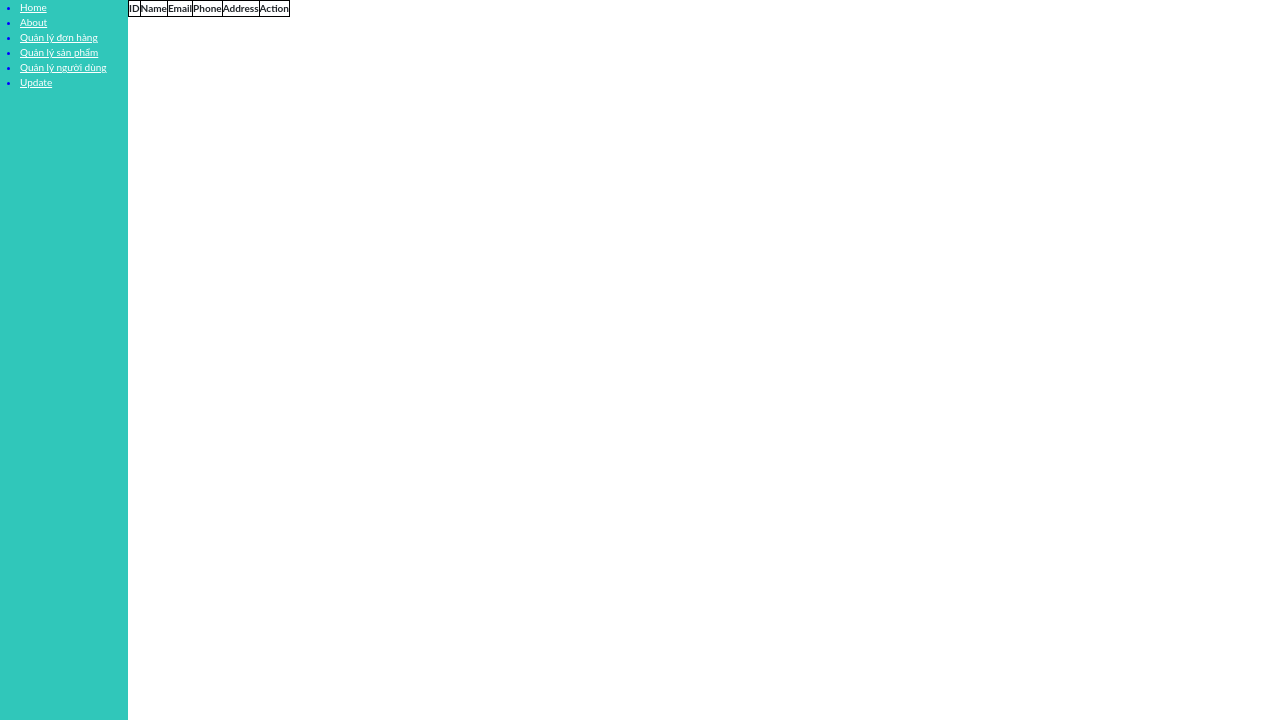
Repository: Hothidani/React
Page: /User (app in exa/my-react-router-A/)
These files come from the project's save history. The page is drawn as it stood at one moment and after the next save; the edit follows.
The browser window is 1280 px wide. The pictures show the whole page.
The page's requests for data from a server got no answer. The project was rebuilt for these pictures with package versions that can differ from the ones it lists, and the page was loaded fresh each time. No one was signed in, and anything a server would have sent is missing. Also part of the build but not shown: exa/my-react-router-A/src/component/Navigation.js, exa/my-react-router-A/src/component/Home.js, exa/my-react-router-A/src/component/About.js, exa/my-react-router-A/src/component/Service.js, exa/my-react-router-A/src/component/Contact.js, exa/my-react-router-A/src/component/AllProduct.js, exa/my-react-router-A/src/component/Add.js, exa/my-react-router-A/src/component/QlOder.js.

Above is the page before, as saved 2021-05-11 17:04:56.

### exa/my-react-router-A/public/index.html
<!DOCTYPE html>
<html lang="en">
  <head>
    <meta charset="utf-8" />
    <link rel="icon" href="%PUBLIC_URL%/favicon.ico" />
    <meta name="viewport" content="width=device-width, initial-scale=1" />
    <meta name="theme-color" content="#000000" />

    <meta
      name="description"
      content="Web site created using create-react-app"
    />
    <link rel="apple-touch-icon" href="%PUBLIC_URL%/logo192.png" />
    <!--
      manifest.json provides metadata used when your web app is installed on a
      user's mobile device or desktop. See https://developers.google.com/web/fundamentals/web-app-manifest/
    -->
    <link rel="manifest" href="%PUBLIC_URL%/manifest.json" />
    <link href="%PUBLIC_URL%/../../src/index.css">
    <link rel="stylesheet" href="https://maxcdn.bootstrapcdn.com/bootstrap/3.4.1/css/bootstrap.min.css">
    <script src="https://ajax.googleapis.com/ajax/libs/jquery/3.5.1/jquery.min.js"></script>
    <script src="https://maxcdn.bootstrapcdn.com/bootstrap/3.4.1/js/bootstrap.min.js"></script>
    <!--
      Notice the use of %PUBLIC_URL% in the tags above.
      It will be replaced with the URL of the `public` folder during the build.
      Only files inside the `public` folder can be referenced from the HTML.

      Unlike "/favicon.ico" or "favicon.ico", "%PUBLIC_URL%/favicon.ico" will
      work correctly both with client-side routing and a non-root public URL.
      Learn how to configure a non-root public URL by running `npm run build`.
    -->
    <title>React App</title>
  </head>
  <body>
    <noscript>You need to enable JavaScript to run this app.</noscript>
    <div id="root"></div>
    <!--
      This HTML file is a template.
      If you open it directly in the browser, you will see an empty page.

      You can add webfonts, meta tags, or analytics to this file.
      The build step will place the bundled scripts into the <body> tag.

      To begin the development, run `npm start` or `yarn start`.
      To create a production bundle, use `npm run build` or `yarn build`.
    -->
  </body>
</html>

### exa/my-react-router-A/src/index.js
import React from 'react';
import ReactDOM from 'react-dom';
import App from "./App";
// import AddForm from './App';
import reportWebVitals from './reportWebVitals';

ReactDOM.render(
  <React.StrictMode>
    <App></App>
  </React.StrictMode>,
  document.getElementById('root')
);

// If you want to start measuring performance in your app, pass a function
// to log results (for example: reportWebVitals(console.log))
// or send to an analytics endpoint. Learn more: https://bit.ly/CRA-vitals
reportWebVitals();

### exa/my-react-router-A/src/App.js
import React, { Component } from 'react';
import './App.css';
import './css.css';

import { BrowserRouter as Router, Route, NavLink, Link, Switch } from 'react-router-dom';
import Routers from './component/Routes';


const colorWord = { color: 'White' }
class App extends Component {
  render() {
    return (
      <Router>
{/* className="d-inline" */}
        <div className="a">
          <div className="nav" >
          <nav>
            <ul>
              <li ><Link to="/" style={colorWord}>Home</Link></li>
              <li ><Link to="/About" style={colorWord} >About</Link></li>
              <li > <Link to="/Order" style={colorWord}>Quản lý đơn hàng</Link></li>
              <li > <Link to="/AllProduct" style={colorWord}>Quản lý sản phẩm</Link></li>
              <li > <Link to="/User" style={colorWord}>Quản lý người dùng</Link></li>
              <li > <Link to="/Update" style={colorWord}>Update</Link></li>
            </ul>
          </nav>

          </div>
          <div  >
              <Switch>
                {this.showContentMenu(Routers)}
            </Switch>
          </div>
        </div>

      </Router>
    );

  }
  showContentMenu = (Routers) => {
    var result = null;
    if (Routers.length > 0) {
      result = Routers.map((route, index) => {
        return (

          <Route key={index} path={route.path} exact={route.exact} component={route.main} />
        );
      });
    }
    return result;
  }

}

export default App;

### exa/my-react-router-A/src/App.css
.App {
  text-align: center;
}

.nav{
  /* display: flex;
  justify-content: space-around; */
  /* align-items: center; */
  min-height: 10vh;
  width: 10%;
  height: 100vh;
  background: rgb(48, 199, 186);
  color:blue;
}
li{
  width: 100px;
}
/*
.nav-link{
  width: 50%;
  display: flex;
  align-items: center;
  justify-content: space-around;
  list-style: none;
  color: black;
} */

.a{
  display: flex;
}

/* .row{
  display: flex;
  align-items: center;
} */

### exa/my-react-router-A/src/css.css
* {
    padding: 0;
    margin: 0;
    border: none;
    font-family: 'Lato', sans-serif;
    box-sizing: border-box;
}

html {
    background-color: white;
    text-rendering: optimizeLegibility;
}

.clearfix::after {
    content: "";
    display: table;
    clear: both;
}

.form-control {
    border-radius: 40px;
    border-top-left-radius: 40px;
    border-top-right-radius: 40px;
    border-bottom-right-radius: 40px;
    border-bottom-left-radius: 40px;
}

.content-input {
    width: 500px;
    /* background: #00FFFF; */
}

.content-input-flex {
    display: flex;
    justify-content: space-between;
}

.content-input-footer {
    font-size: 18px;
    display: flex;
    justify-content: center;
}

.footer-logo {
    display: flex;
    justify-content: center;
}

input[class=form-control] {
    background: transparent;
    -webkit-border-radius: 20px;
    -moz-border-radius: 20px;
    border-radius: 20px;
    border: 1px solid none;
    color: #BB0000;
    width: 100%;
    padding-left: 10px;
}

input[class=form-control]:focus {
    outline: none;
    background: #99FFFF;
    border: 1px solid #2da8d9;
    color: #f33838;
}

input[class=form-control]:hover {
    background: #CCFFFF;
    border: 1px solid #2da8d9;
}

.content-input-wrap {
    border-radius: 10px;
    border: rgb(120, 199, 223);
    background-color: rgba(156, 212, 210, 0.4);
    position: relative;
    color: rgba(255, 255, 255, 0.2);
    /* box-shadow: 0px 20px 20px rgb(0 0 0 / 10%), 0px 30px 26px rgb(0 0 0 / 10%); */
}

.content-input-wrap h3 {
    font-weight: 300;
    color: #2da8d9;
}

.content-input-wrap .social {
    width: 100%;
}

.content-input-wrap .social a {
    width: 100%;
    display: block;
    border: 1px solid #00FFFF;
    color: rgba(243, 75, 9, 0.2);
    background: #99CCFF;
}

.content-input-wrap .social a:hover {
    background: rgba(214, 106, 5, 0.2);
    color: rgba(255, 255, 255, 0.2);
    border-color: #00FFFF;
}

.buttonn{
    display: flex;
    justify-content: space-around;
    align-items: center;
    min-width: 5%;

}

### exa/my-react-router-A/src/component/Routes.js
import React from 'react';
import {BrowserRouter as Router, Route} from 'react-router-dom';
import Navigation from './Navigation';
import Home from './Home'
import About from './About';
import Service from './Service';
import Contact from './Contact';
import AllProduct from './AllProduct';
import Update from './AllProduct';
import Add from './Add';
import User from './QLuser';
import Order from './QlOder';

const Routers = [
	{
		path : '/',
		exact : true,
		main : ()=> <Home />
	},
	{
		path : '/About',
		exact : true,
		main : ({match})=> <About match={match} />
	},
    {
		path : '/Contact',
		exact : true,
		main : ({match})=> <Contact match={match} />
	}
		,
		  {
			path : '/User',
			exact : true,
			main : ({match})=> <User match={match} />
		},
		{
		  path : '/AllProduct',
		  exact : true,
		  main : ({match})=> <AllProduct match={match} />
	  }
	  ,
	  {
		path : '/Add',
		exact : true,
		main : ({match})=> <Add match={match} />
	}
	,
	{
	  path : '/Update',
	  exact : true,
	  main : ({match})=> <Update match={match} />
  }
  ,
	{
	  path : '/Order',
	  exact : true,
	  main : ({match})=> <Order match={match} />
  }


]

export default Routers

### exa/my-react-router-A/src/component/QLuser.js
import React, { Component } from 'react';
import PropTypes from 'prop-types';
import '../QLuser.css';
import { NavLink } from 'react-router-dom';
import 'bootstrap/dist/css/bootstrap.min.css';
import axios from 'axios';
import { toast } from 'react-toastify';
class User extends Component {
    constructor(props) {
        super(props);
        this.state = {
            users: [],
            id: '',
            user_name: '',
            email: '',
            address: '',
            phone: '',
            user_avatar:''
        }
    }



    componentDidMount() {
        axios({
            method: 'GET',
            url: '  http://localhost:3000/users',
            data: null
        }).then(res => {
            this.setState({
                users: res.data
            });
        }).catch(err => {
        });
    }



    render() {
        return (
            <React.Fragment>
                <div className="content">

                                <table>
                                <tr>
                                    <th>ID</th>
                                    <th>Name</th>
                                    <th>Email</th>
                                    <th>Phone</th>
                                    <th>Address</th>
                                    <th>Action</th>
                                </tr>
                                {this.state.users.map(element => {
                        return (

                                <tr>
                                    <td>{element.id}</td>
                                    <td>{element.user_name}</td>
                                    <td>{element.email}</td>
                                    <td>{element.phone}</td>
                                    <td>{element.address}</td>
                                    <td>
                                        <button type="button"   className="btn btn-success">Block</button>
                                        <button type="button"   className="btn btn-danger">Block</button>
                                    </td>
                                </tr>

                                   );})}
                                 </table>
                </div>
            </React.Fragment>
        );
    }
}



export default User;

### exa/my-react-router-A/src/QLuser.css
 th, td {
    border: 1px solid black;
    border-collapse: collapse;
  }
  table{
      width: 100%;
      border: 1px solid black;
    border-collapse: collapse;
  }
  .content{
    width: 100%;
  }

### exa/my-react-router-A/src/QLOrder.css
.content{
    display: flex;
  align-items: center;
  justify-content: space-around;
  list-style: none;
}
.content-a  {
    display: flex;
  align-items: center;
  justify-content: space-around;
  list-style: none;
}

Loaded but not shown: exa/my-react-router-A/src/reportWebVitals.js (common file)

After the next save:
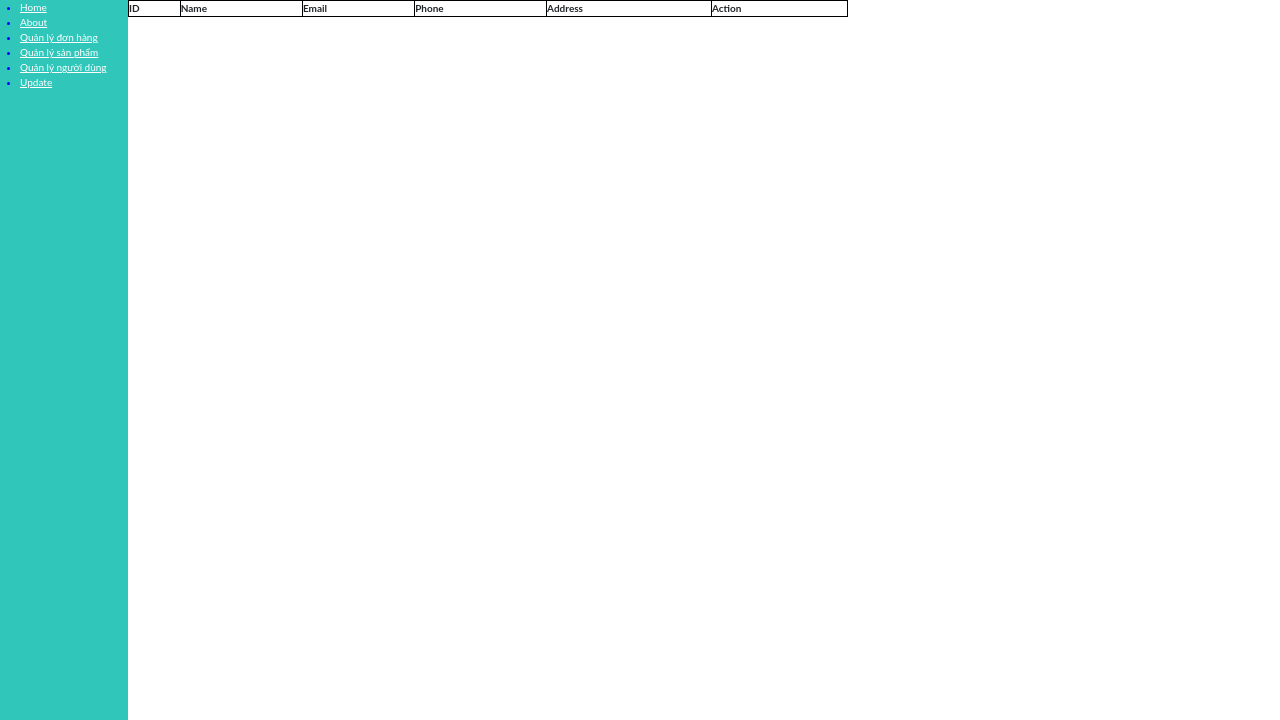
Saved 92 s later.
--- a/exa/my-react-router-A/src/QLuser.css
+++ b/exa/my-react-router-A/src/QLuser.css
@@ -8,5 +8,5 @@
     border-collapse: collapse;
   }
   .content{
-    width: 100%;
+    width: 100vh;
   }

After the save that followed:
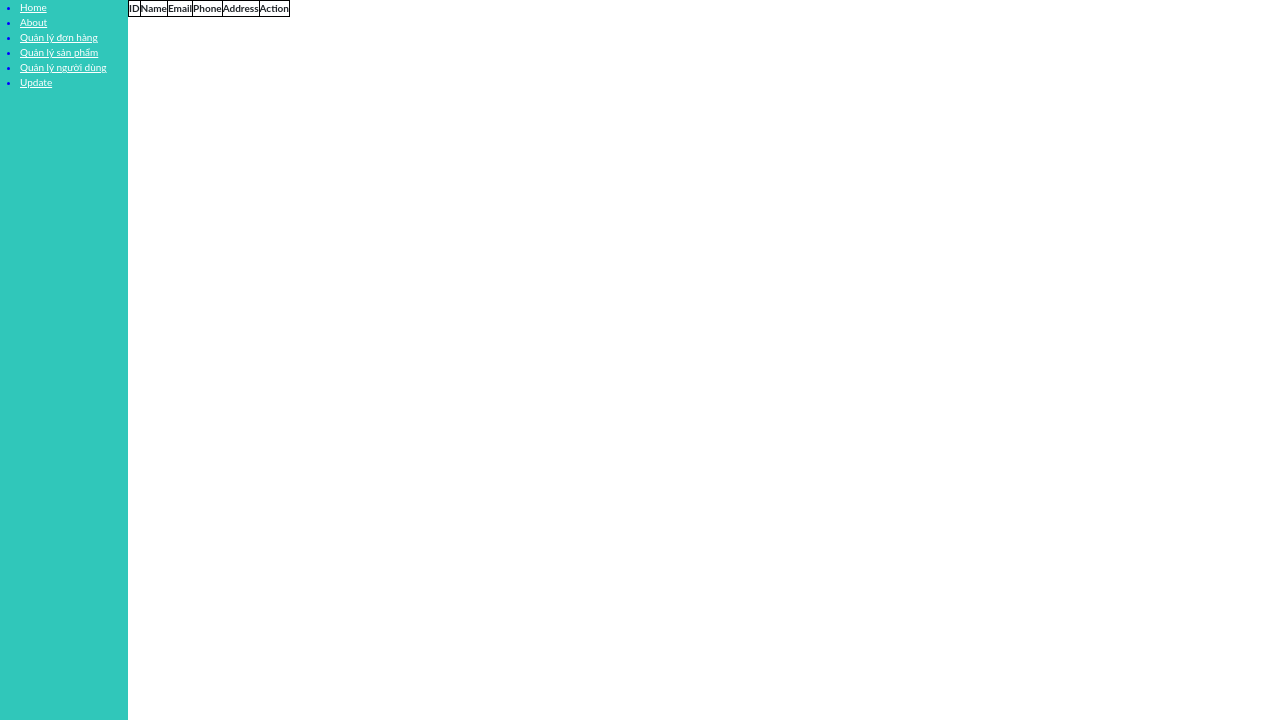
Saved 4 min 18 s later.
--- a/exa/my-react-router-A/src/QLuser.css
+++ b/exa/my-react-router-A/src/QLuser.css
@@ -8,5 +8,5 @@
     border-collapse: collapse;
   }
   .content{
-    width: 100vh;
+    width: 100%;
   }
